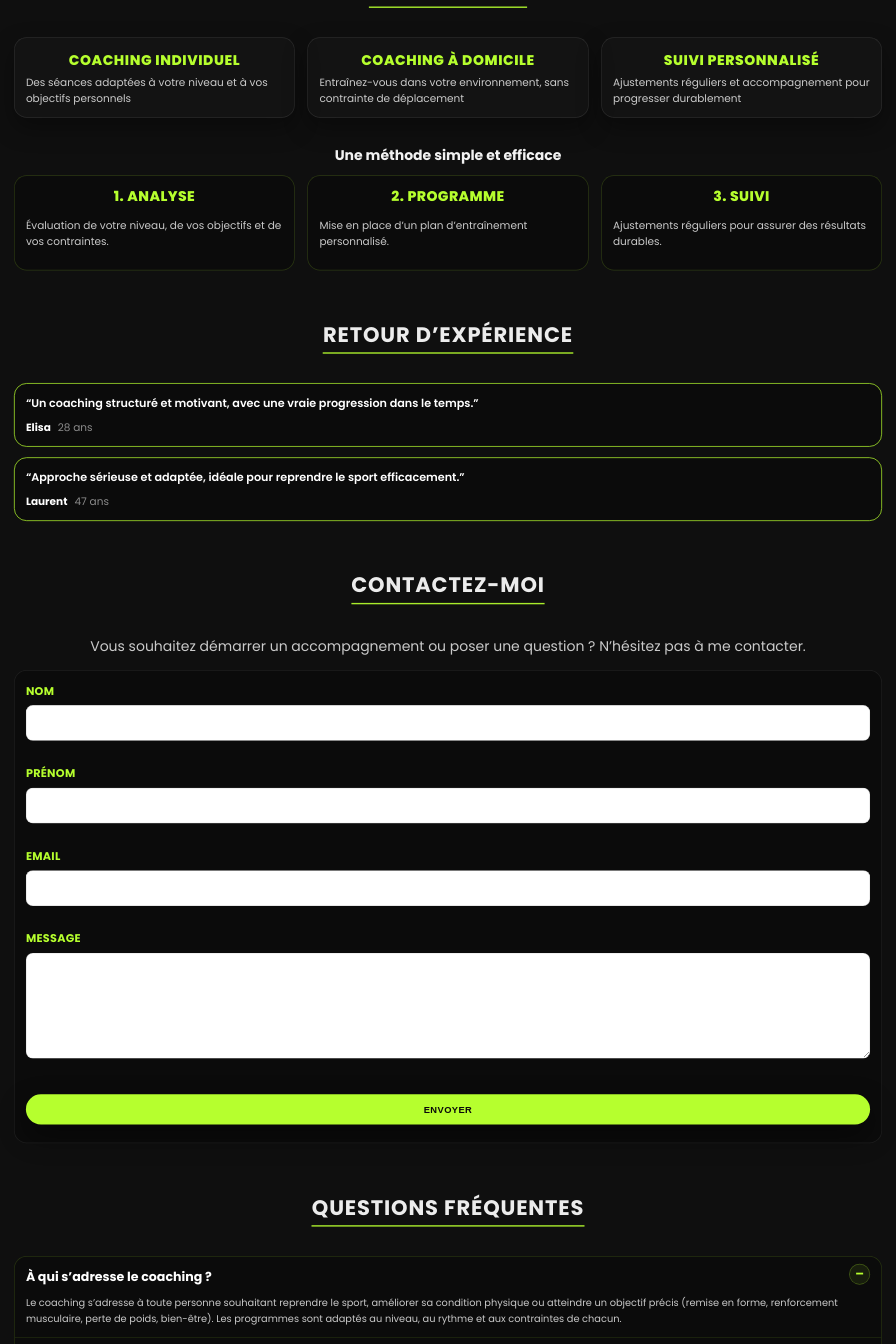
Repository: ThomasHdrd/CoachFitness
Page: index.html
The author's editor kept a copy of each file at every save. The page is drawn from the files as they stood at one save, then again after the next save.
The browser window is 1280 px wide. The pictures show the part of the page from y = 956 to 2876 px (the page is 3199 px tall before and 3169 px after), at 70% of full size.

Above is the page before, as saved 2026-01-20 23:20:45.

After the next save:
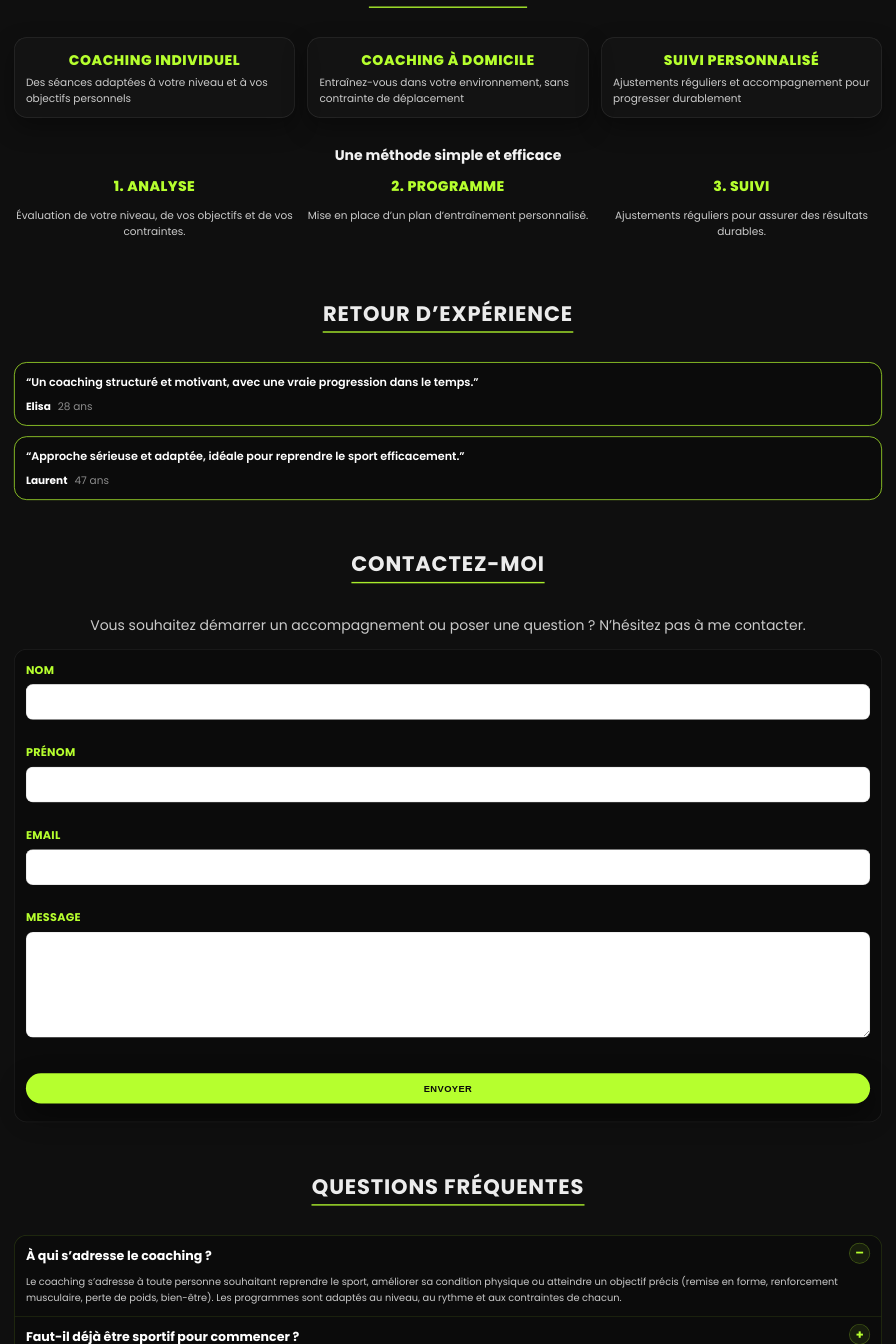
Saved 5 s later.
--- a/styles.css
+++ b/styles.css
@@ -334,10 +334,7 @@
   grid-template-columns: repeat(3, 1fr);
 }
 .step{
-  border: 1px solid rgba(182,255,46,.18);
-  background: rgba(0,0,0,.25);
-  border-radius: var(--radius-lg);
-  padding: 14px 16px;
+  text-align:center;
 }
 .step-num{
   font-weight: 800;

After the save that followed:
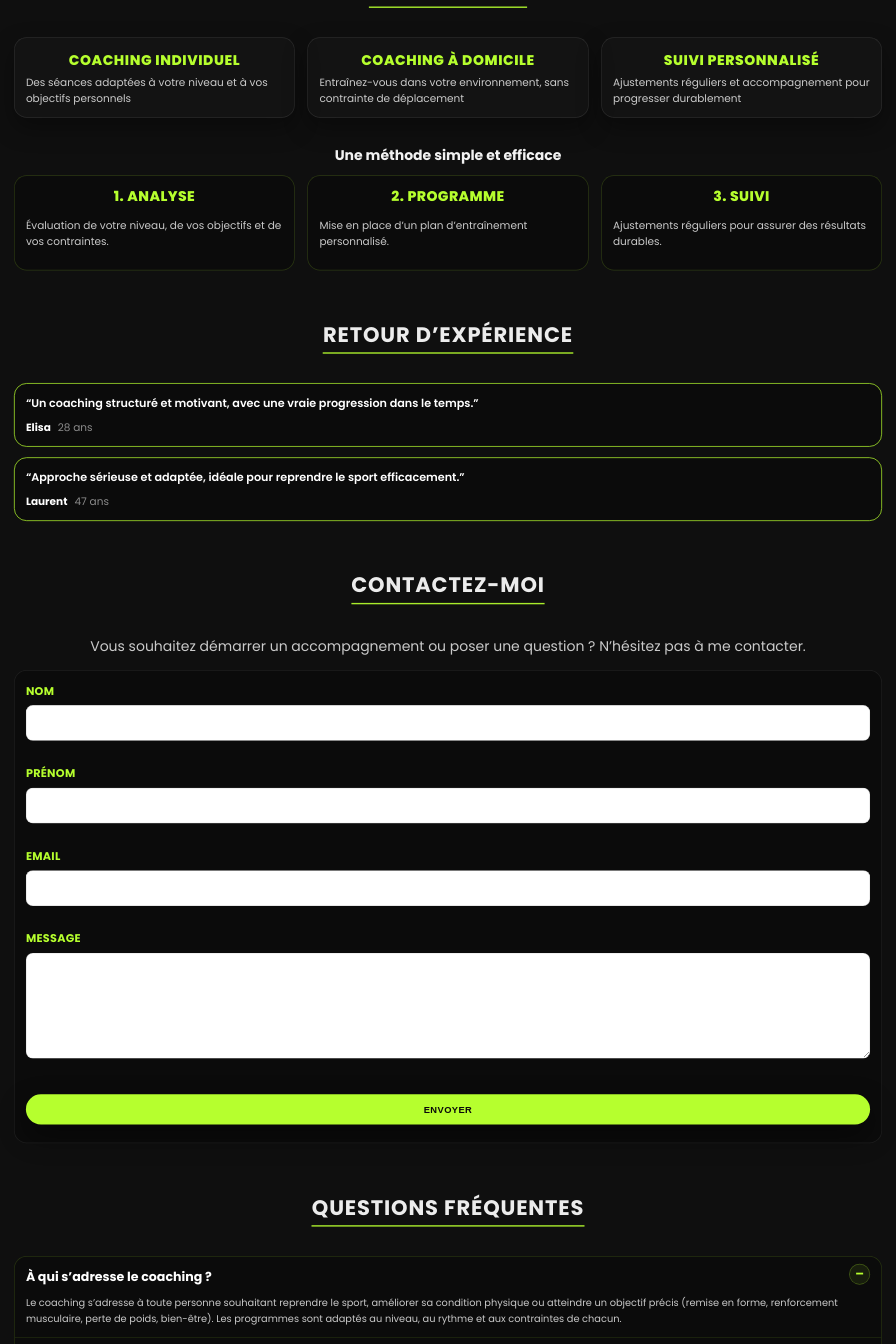
Saved 5 s later.
--- a/styles.css
+++ b/styles.css
@@ -334,7 +334,10 @@
   grid-template-columns: repeat(3, 1fr);
 }
 .step{
-  text-align:center;
+  border: 1px solid rgba(182,255,46,.18);
+  background: rgba(0,0,0,.25);
+  border-radius: var(--radius-lg);
+  padding: 14px 16px;
 }
 .step-num{
   font-weight: 800;
